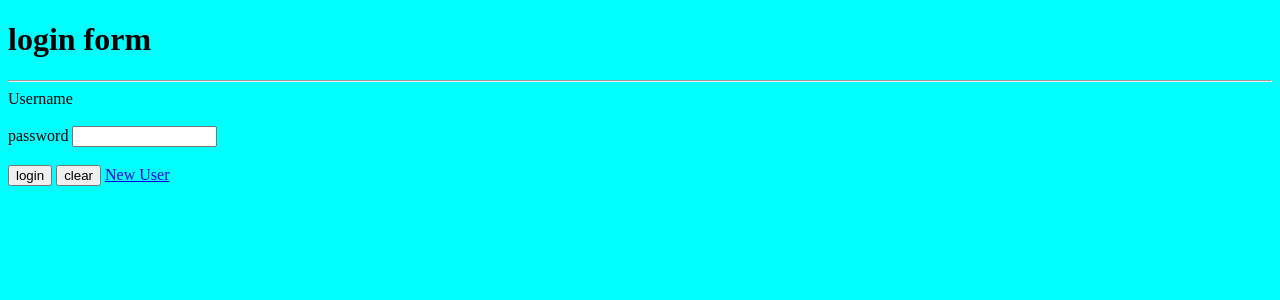
Repository: spgajjal/Day10
Page: LoginApp/WebContent/Login.html
The author's editor kept a copy of each file at every save. The page is drawn from the files as they stood at one save, then again after the next save.
The browser window is 1280 px wide. The pictures show the whole page.

Above is the page before, as saved 2018-09-05 11:56:08.

### LoginApp/WebContent/Login.html
<!DOCTYPE html>
<html>
<head>
<meta charset="ISO-8859-1">
<title>Login</title>
</head>
<body bgcolor="cyan">
<h1>login form</h1>
<hr>
<form action="login" method="post">
<label>Username</label>
<label type="text" name="username" size=20>

</label>
<br><br>
<label>password</label>
<input type="password" name="password" size=15>
<br><br>
<input type="submit" value="login">

<input type="reset"  value="clear">
<a href="registration.html">New User</a>
</form>

</body>
</html>

After the next save:
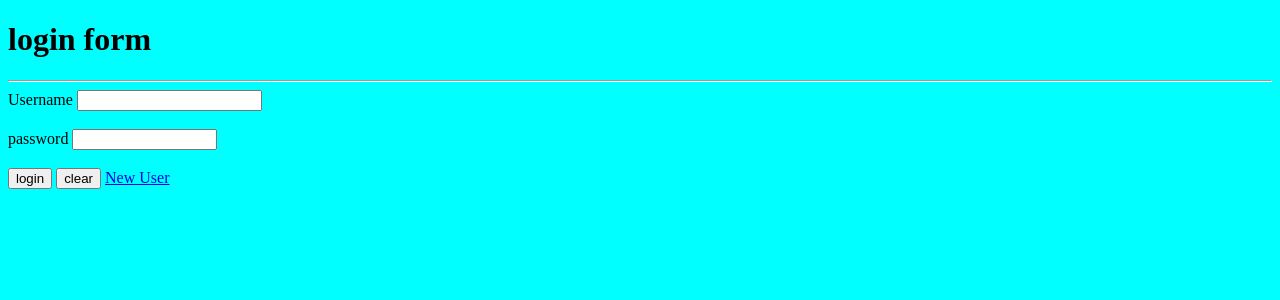
Saved 68 s later.
--- a/LoginApp/WebContent/Login.html
+++ b/LoginApp/WebContent/Login.html
@@ -9,7 +9,7 @@
 <hr>
 <form action="login" method="post">
 <label>Username</label>
-<label type="text" name="username" size=20>
+<input type="text" name="username" size=20>
 
 </label>
 <br><br>
